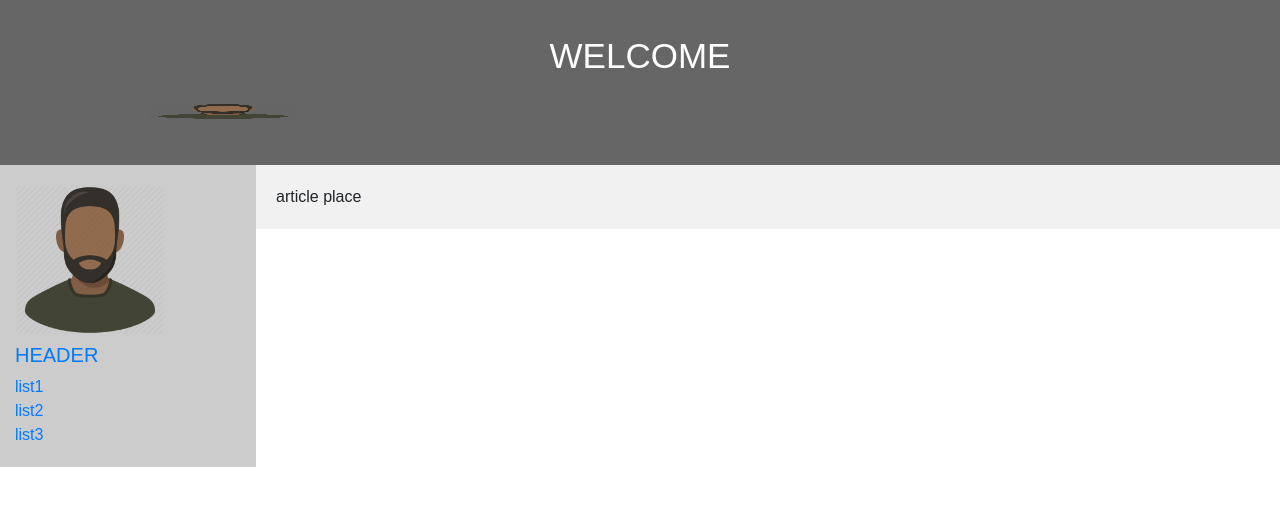
Repository: idrice24/IDRICE24-DASHBOARD
Page: html/header.html
The author's editor kept a copy of each file at every save. The page is drawn from the files as they stood at one save, then again after the next save.
The browser window is 1280 px wide. The pictures show the whole page.

Above is the page before, as saved 2020-09-03 23:41:58.

### html/header.html
<!DOCTYPE html>
<html lang="en">

<head>
    <meta charset="UTF-8">
    <meta name="viewport" content="width=device-width, initial-scale=1.0">
    <meta http-equiv="X-UA-Compatible" content="ie=edge">
    <title>Document</title>
    <link rel="stylesheet" href="../vendor/bootstrap-4.1/bootstrap.min.css">
    <link rel="stylesheet" href="../vendor/font-awesome-4.7/css/font-awesome.min.css">
    <link rel="stylesheet" href="../vendor/idrice24folder/idrice24.css">
</head>

<body>
    <header>WELCOME
        <div class="row">
            <div class="col-md-4">
                <a href="../imgs/login2.PNG" class="thumbnail">
                    <img src="../imgs/login2.PNG" alt="Pulpit Rock" style="width:150px;height:15px">
                </a>
            </div>
        </div>
    </header>
    <section>
        <nav class="nav nav-pills nav-stacked">
            <div class="container-fluid">
                <div class="row">
                    <div class="col-md-4">
                        <a href="../imgs/login2.PNG" class="thumbnail">
                            <img src="../imgs/login2.PNG" alt="Pulpit Rock" style="width:150px;height:150px">
                        </a>
                    </div>
                </div>
                <div class="navbar-header">
                    <a class="navbar-brand" href="#">HEADER</a>
                </div>

                <ul class="nav navbar-nav">
                    <li class="active"><a href="#">list1</a></li>
                    <li><a href="#">list2</a></li>
                    <li><a href="#">list3</a></li>
                </ul>
        </nav>








        <article>article place</article>
    </section>

</body>

</html>

### vendor/idrice24folder/idrice24.css
                                * {
                                box-sizing: border-box;
                            }

                            body {
                                font-family: Arial, Helvetica, sans-serif;
                            }

                            h1,
                            h2,
                            h3 {
                                background-color: blueviolet;
                            }

                            header {
                                background-color: #666;
                                padding: 30px;
                                text-align: center;
                                font-size: 35px;
                                color: white;
                            }
                            /* Clear floats after the columns */

                            section:after {
                                content: "";
                                display: table;
                                clear: both;
                            }

                            article {
                                float: left;
                                padding: 20px;
                                width: 80%;
                                background-color: #f1f1f1;
                                height: 100%;
                                /* only for demonstration, should be removed */
                            }
                            /* Create two columns/boxes that floats next to each other */

                            nav {
                                float: left;
                                width: 20%;
                                height: auto;
                                background: #ccc;
                                padding: 20px;
                            }
                            /* Style the footer */

                            footer {
                                background-color: #777;
                                padding: 10px;
                                text-align: center;
                                color: white;
                            }
                            /* Responsive layout - makes the two columns/boxes stack on top of each other instead of next to each other, on small screens */

                            @media (max-width: 600px) {
                                nav,
                                article {
                                    width: 100%;
                                    height: auto;
                                }

Loaded but not shown: vendor/bootstrap-4.1/bootstrap.min.css (library); vendor/font-awesome-4.7/css/font-awesome.min.css (library)

After the next save:
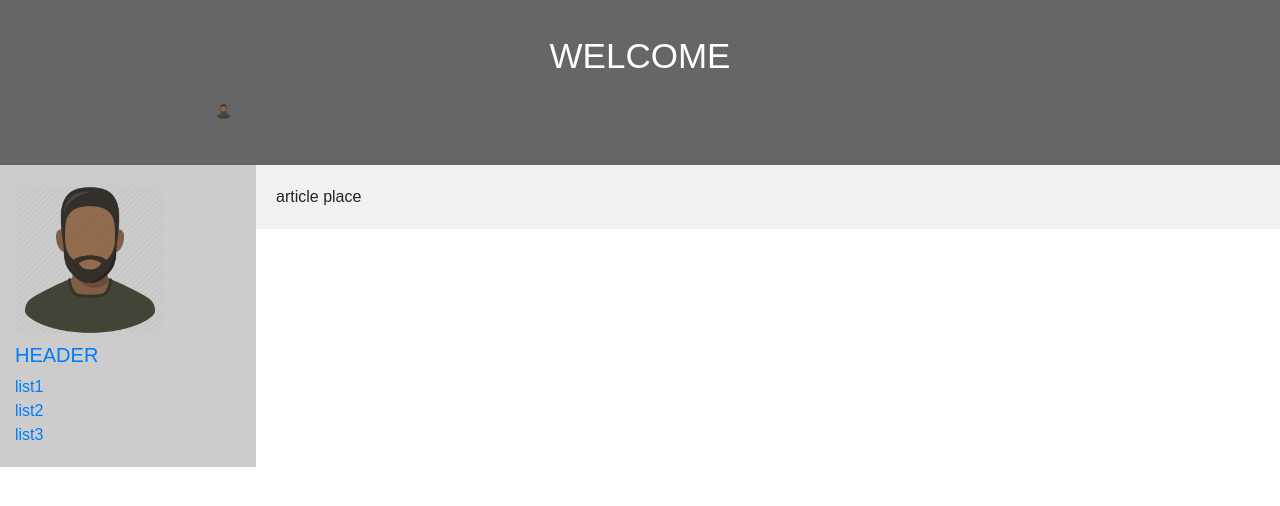
Saved 4 s later.
--- a/html/header.html
+++ b/html/header.html
@@ -16,7 +16,7 @@
         <div class="row">
             <div class="col-md-4">
                 <a href="../imgs/login2.PNG" class="thumbnail">
-                    <img src="../imgs/login2.PNG" alt="Pulpit Rock" style="width:150px;height:15px">
+                    <img src="../imgs/login2.PNG" alt="Pulpit Rock" style="width:15px;height:15px">
                 </a>
             </div>
         </div>
